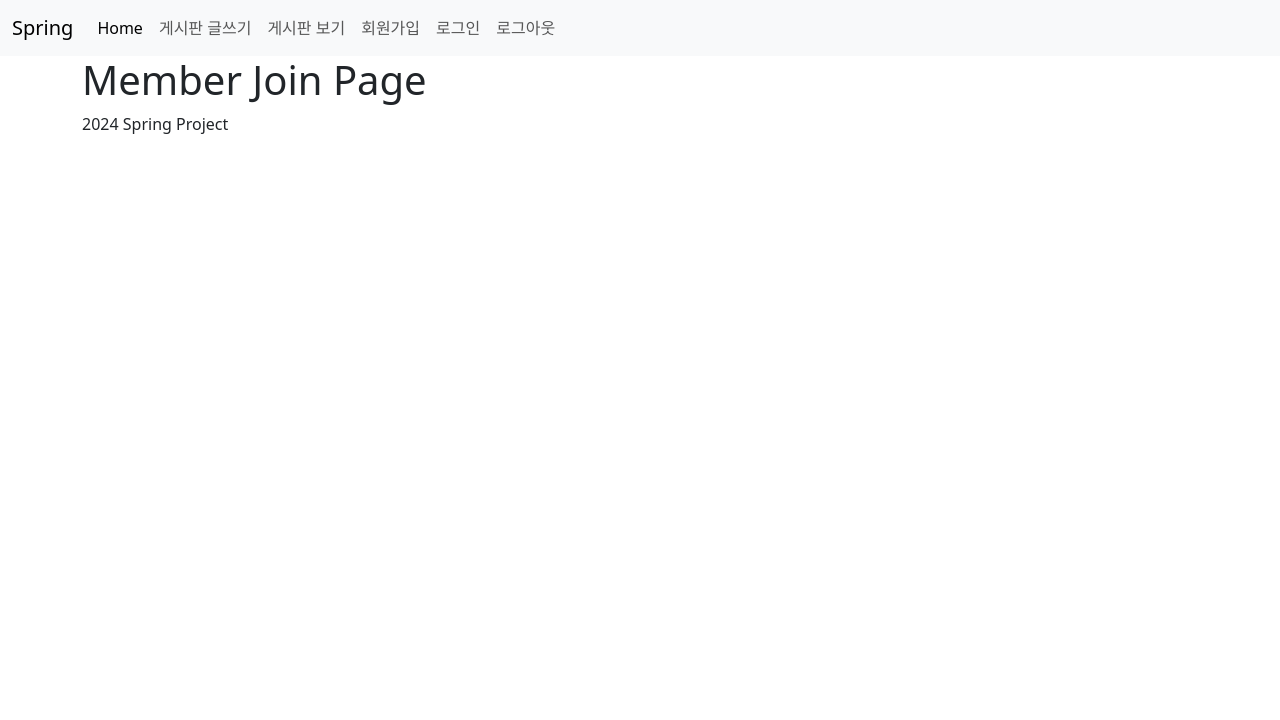
Repository: havanara/240423_SPRING_Project
Page: http://localhost/spring_study/WEB-INF/views/member/register.jsp
The author's editor kept a copy of each file at every save. The page is drawn from the files as they stood at one save, then again after the next save.
The browser window is 1280 px wide. The pictures show the whole page.
The page is served by Tomcat 9. Nobody is signed in. The template is opened directly, without the code that normally fills it, so the values that code supplies are empty.

Above is the page before, as saved 2024-04-25 05:49:26.

### spring_study/src/main/webapp/WEB-INF/views/member/register.jsp
<%@ page language="java" contentType="text/html; charset=UTF-8"
    pageEncoding="UTF-8"%>

<jsp:include page="../layout/header.jsp" />

<div class="container-md">
<h1>Member Join Page</h1>


</div>

<jsp:include page="../layout/footer.jsp" />

### spring_study/src/main/webapp/WEB-INF/views/layout/header.jsp
<%@ page language="java" contentType="text/html; charset=UTF-8"
    pageEncoding="UTF-8"%>
<!DOCTYPE html>
<html>
<head>
<meta charset="UTF-8">
<title>header.jsp</title>
<link href="https://cdn.jsdelivr.net/npm/bootstrap@5.3.3/dist/css/bootstrap.min.css" rel="stylesheet" integrity="sha384-QWTKZyjpPEjISv5WaRU9OFeRpok6YctnYmDr5pNlyT2bRjXh0JMhjY6hW+ALEwIH" crossorigin="anonymous">
<script src="https://cdn.jsdelivr.net/npm/bootstrap@5.3.3/dist/js/bootstrap.bundle.min.js" integrity="sha384-YvpcrYf0tY3lHB60NNkmXc5s9fDVZLESaAA55NDzOxhy9GkcIdslK1eN7N6jIeHz" crossorigin="anonymous"></script>
</head>
<body>
<nav class="navbar navbar-expand-lg bg-body-tertiary">
  <div class="container-fluid">
    <a class="navbar-brand" href="#">Spring</a>
    <button class="navbar-toggler" type="button" data-bs-toggle="collapse" data-bs-target="#navbarSupportedContent" aria-controls="navbarSupportedContent" aria-expanded="false" aria-label="Toggle navigation">
      <span class="navbar-toggler-icon"></span>
    </button>
    <div class="collapse navbar-collapse" id="navbarSupportedContent">
      <ul class="navbar-nav me-auto mb-2 mb-lg-0">
        <li class="nav-item">
          <a class="nav-link active" aria-current="page" href="#">Home</a>
        </li>
        <li class="nav-item">
          <a class="nav-link" href="/board/register">게시판 글쓰기</a>
        </li>
        <li class="nav-item">
          <a class="nav-link" href="/board/list">게시판 보기</a>
        </li>
        <li class="nav-item">
          <a class="nav-link" href="#">회원가입</a>
        </li>
        <li class="nav-item">
          <a class="nav-link" href="#">로그인</a>
        </li>
        <li class="nav-item">
          <a class="nav-link" href="#">로그아웃</a>
        </li>
      </ul>
    </div>
  </div>
</nav>

### spring_study/src/main/webapp/WEB-INF/views/layout/footer.jsp
<%@ page language="java" contentType="text/html; charset=UTF-8"
    pageEncoding="UTF-8"%>
<!DOCTYPE html>

<div class="container-md">
	2024 Spring Project
</div>

</body>
</html>

After the next save:
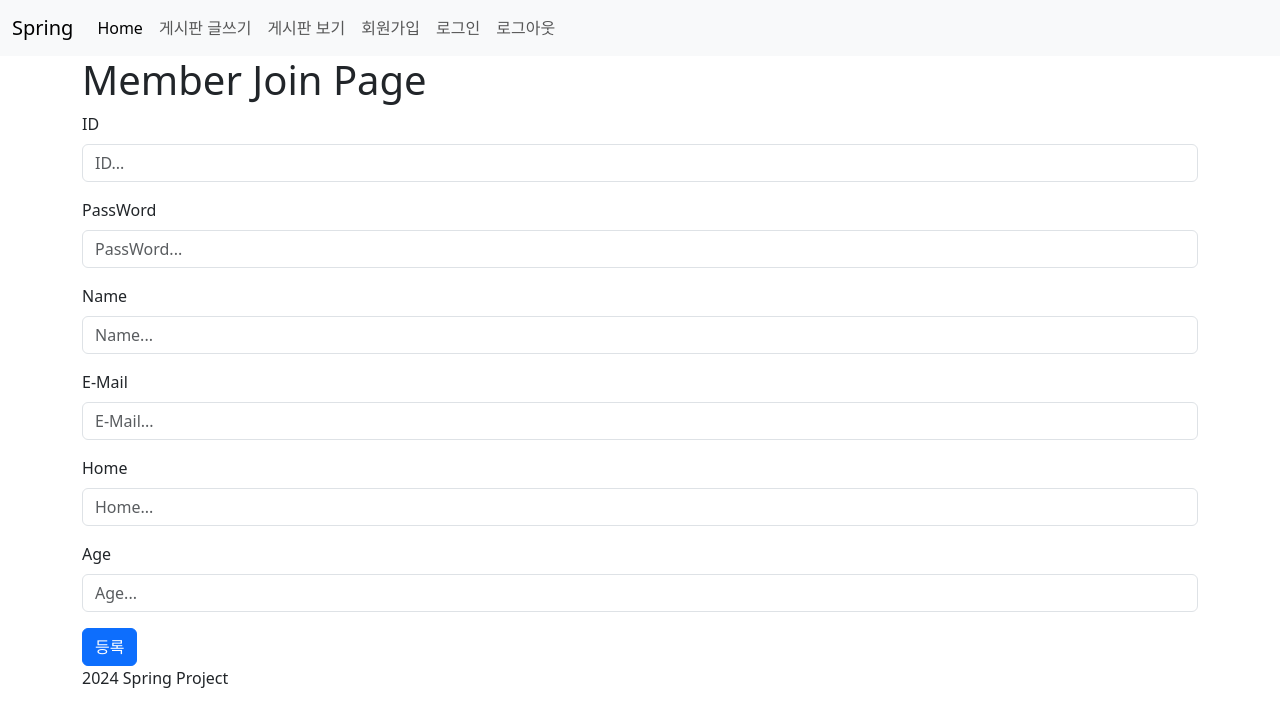
Saved 3 min 6 s later.
--- a/spring_study/src/main/webapp/WEB-INF/views/member/register.jsp
+++ b/spring_study/src/main/webapp/WEB-INF/views/member/register.jsp
@@ -5,7 +5,34 @@
 
 <div class="container-md">
 <h1>Member Join Page</h1>
+<form action="" method="post">
+	<div class="mb-3">
+	  <label for="i" class="form-label">ID</label>
+	  <input type="text" class="form-control" name="id" id="i" placeholder="ID...">
+	</div>
+	<div class="mb-3">
+	  <label for="p" class="form-label">PassWord</label>
+	  <input type="text" class="form-control" name="pw" id="p" placeholder="PassWord...">
+	</div>
+	<div class="mb-3">
+	  <label for="n" class="form-label">Name</label>
+	  <input type="text" class="form-control" name="name" id="n" placeholder="Name...">
+	</div>
+	<div class="mb-3">
+	  <label for="e" class="form-label">E-Mail</label>
+	  <input type="text" class="form-control" name="email" id="e" placeholder="E-Mail...">
+	</div>
+	<div class="mb-3">
+	  <label for="h" class="form-label">Home</label>
+	  <input type="text" class="form-control" name="home" id="h" placeholder="Home...">
+	</div>
+	<div class="mb-3">
+	  <label for="a" class="form-label">Age</label>
+	  <input type="text" class="form-control" name="age" id="a" placeholder="Age...">
+	</div>
 
+	<button type="submit" class="btn btn-primary">등록</button>
+</form>
 
 </div>
 
